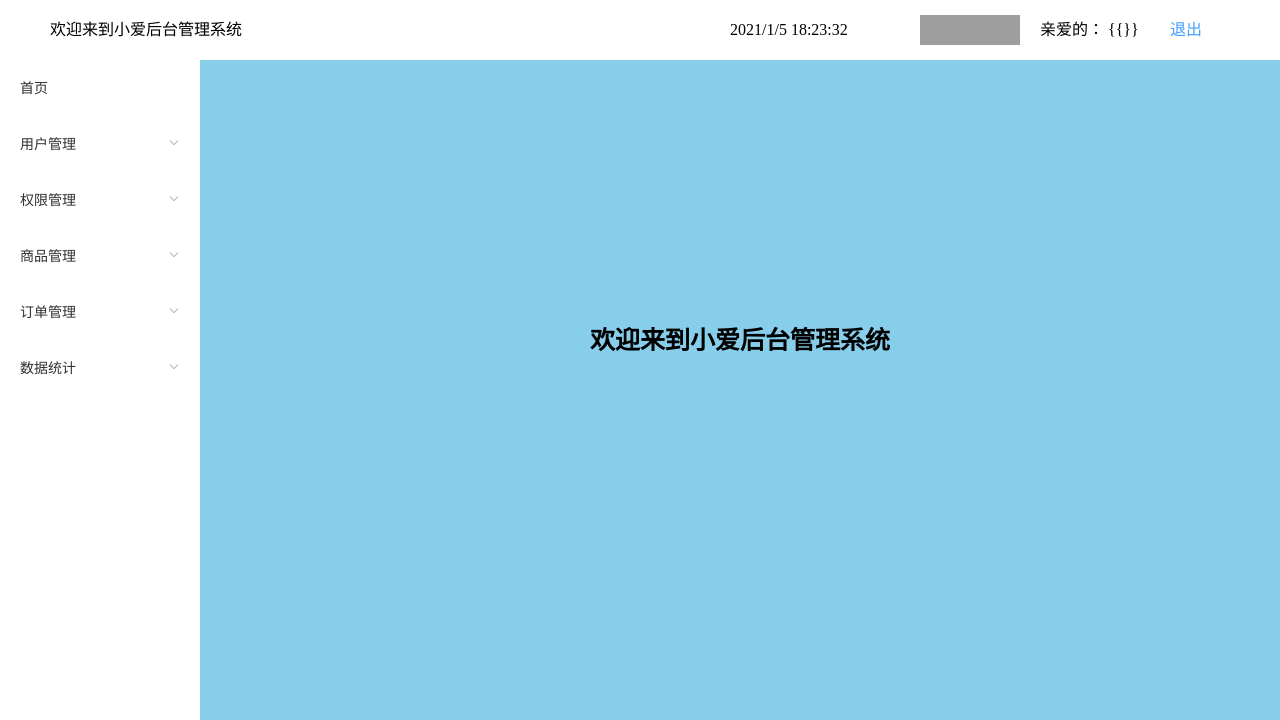
Repository: heyegang/vuex
Page: /
These files come from the project's save history. The page is drawn as it stood at one moment and after the next save; the edit follows.
The browser window is 1280 px wide. The pictures show the whole page.
Pictures or frames that could not be fetched are drawn as grey boxes. The project was rebuilt for these pictures with package versions that can differ from the ones it lists, and the page was loaded fresh each time. Also part of the build but not shown: vue.config.js.

Above is the page before, as saved 2021-01-06 15:17:17.

### src/main.js
import Vue from "vue";
import App from "./App.vue";
import router from "./router";
import store from "./store";
import ElementUI from "element-ui";
import "element-ui/lib/theme-chalk/index.css"

Vue.use(ElementUI)
Vue.config.productionTip = false;

new Vue({
  router,
  store,
  render: h => h(App)
}).$mount("#app");

### src/App.vue
<template>
  <div id="app">
    <router-view />
  </div>
</template>

<style lang="scss">
*{
  margin: 0;
  padding: 0;
}
html,body,#app{
  height: 100%;
}
</style>

### src/router/index.js
import Vue from "vue";
import VueRouter from "vue-router";
import Home from "../views/Home.vue";
import Layout from "../views/layout/Layout.vue";

Vue.use(VueRouter);

const routes = [{
   path:"",
  component:Layout,
  children:[{
    path: "/",
    name: "Home",
    component: Home
  },

  ]},
  {
    path: "/login",
    name: "login",
    component: () => import('../views/login/Login.vue')
  },
];

const router = new VueRouter({
  mode: "history",
  base: process.env.BASE_URL,
  routes
});

export default router;

### src/store/index.js
import Vue from "vue";
import Vuex from "vuex";
import user from "./user"

Vue.use(Vuex);

export default new Vuex.Store({
  state: {
    // 存放数据
  },
  mutations: {
    // 同步修改state
  },
  actions: {},
  modules: {
    // 代表模块
    user
  }
});

### src/views/Home.vue
<template>
  <div>
    <div class="hello">
      欢迎来到小爱后台管理系统
    </div>
  </div>
</template>

<script>
export default {
  name: '',
  props:{},
  data () {
    return {
    }
  },
  components: {},
  methods: {},
  mounted() {},
  computed: {},
  watch: {}
}
</script>

<style lang='scss' scoped>
.hello{
  width: 300px;
  font-size: 25px;
  font-weight: bold;
  margin: 0 auto;
  position: relative;
  top: 240px;
}
</style>

### src/views/layout/Layout.vue
<template>
    <div>
        <el-container>
        <el-header>
            <nav-header></nav-header>
        </el-header>
        <el-container>
            <el-aside width="200px">
                <nav-sidebar></nav-sidebar>
            </el-aside>
            <el-main>
                <router-view></router-view>
            </el-main>
        </el-container>
        </el-container>
    </div>
</template>

<script>
import NavHeader from "../../components/navheader/NavHeader"
import NavSidebar from "../../components/navsidebar/NavSidebar"
export default {
  name: '',
  props:{},
  data () {
    return {
    }
  },
  components: {
      NavHeader,
      NavSidebar,
  },
  methods: {},
  mounted() {},
  computed: {},
  watch: {}
}
</script>

<style lang='scss' scoped>
  .el-header, .el-footer {
    line-height: 60px;
  }

  .el-aside {
    position: fixed;
    top: 60px;
    bottom: 0;
    background-color: gray;
  }

  .el-main {
    position: fixed;
    bottom: 0;
    right: 0;
    top: 60px;
    left: 200px;
    background-color: skyblue;


  }

  body > .el-container {
    margin-bottom: 40px;
  }

  .el-container:nth-child(5) .el-aside,
  .el-container:nth-child(6) .el-aside {
    line-height: 260px;
  }

  .el-container:nth-child(7) .el-aside {
    line-height: 320px;
  }
</style>

### src/store/user.js
import { Message } from "element-ui";
import api from '../http/api';
import router from '../router'

export default {
    namespaced:true,
    // 开启命名空间

    state: {
        // 存放数据
        users:[]
      },
      mutations: {
        // 同步修改state
        setUsers(state,data){
            state.user = data
        }
      },
      actions: {
        //   发请求
        // 所有的方法
        // 登录 每一个action的方法都有两个参数 第一个是store 第二个是请求的参数
        // store可以解构为commit dispatch(提交另外一个action)
        async login(_,params){
            let res = await api.login(params)
            if(res.meta.status === 200){
                // 请求成功 存用户 跳转路由 提示用户
                localStorage.setItem('user', JSON.stringify(res.data))
                localStorage.setItem('token', res.data.token)
                Message.success('登录成功')
                router.push('/')
            } else {
                Message.error(res.meta.msg)
            }
        },
        async getUsers({commit},params){
            let res = await api.getUsers(params)
            if(res.meta.status === 200) {
                commit('setUsers',res.data)
            }else {
                Message.error(res.meta.msg)
            }
        }
      },
}

### src/components/navheader/NavHeader.vue
<template>
  <div class="top">
      <div style="margin-left:30px;">
          欢迎来到小爱后台管理系统
      </div>
      <div class="box">
          {{times}}
      </div>
      <div class="weather">
          <div class="weather"><iframe scrolling="no" src="https://tianqiapi.com/api.php?style=yd&skin=pitaya" frameborder="0" width="100%" height="30" allowtransparency="true"></iframe></div>
    <!--获取天气-->
      </div>
      <div class="hello">
          亲爱的： {{}}
      </div>
      <div class="esc">
          退出
      </div>
  </div>
</template>

<script>
export default {
  name: '',
  props:{},
  data () {
    return {
      times:'',//格式化之后的当前时间
      currentTime: new Date() //当前时间
    }
  },
  components: {},
  methods: {
    getTimes(){
      setInterval(this.getTimesInterval, 1000);
    },
    getTimesInterval:function() {
      let _this = this;
      let year = new Date().getFullYear(); //获取当前时间的年份
      let month = new Date().getMonth() + 1; //获取当前时间的月份
      let day = new Date().getDate(); //获取当前时间的天数
      let hours = new Date().getHours(); //获取当前时间的小时
      let minutes = new Date().getMinutes(); //获取当前时间的分数
      let seconds = new Date().getSeconds(); //获取当前时间的秒数
      let hello = "";
      //当小于 10 的是时候，在前面加 0
      if (hours < 10) {
        hours = "0" + hours;
      }
      if (minutes < 10) {
        minutes = "0" + minutes;
      }
      if (seconds < 10) {
        seconds = "0" + seconds;
      }
      //一天中的时间
      if (hours > 6 && hours <13){
          hello = "上午";
      }
      if (hours > 13 && hours <18){
          hello = "下午";
      }
      if (hours > 18 && hours <24){
          hello = "晚上";
      }
      if (hours >0 && hours < 6){
          hello = "凌晨";
      }
      //拼接格式化当前时间
      _this.times = year + "/" + month + "/" + day + " " +hello+ hours + ":" + minutes + ":" + seconds;
    },
  },
  mounted() {
    this.getTimes()
  },
  computed: {},
  watch: {},
}
</script>

<style lang='scss' scoped>
.top{
    display: flex;
    position: relative;
    line-height: 60px;
}
.box{
    width: 180px;
    position: absolute;
    right: 350px;
    color: black;
}
.weather{
    width: 100px;
    position: absolute;
    right: 120px;
    top: 5px;
}
.hello{
    width: 100px;
    position: absolute;
    right: 120px;
}
.esc{
    width: 60px;
    position: absolute;
    right: 30px;
    color: #409EFF;
}
</style>

### src/components/navsidebar/NavSidebar.vue
<template>
  <div>
   <el-row class="tac" style="width: 200px;">
  <el-col :span="12">
    <el-menu
      default-active="2"
      class="el-menu-vertical-demo"
      @open="handleOpen"
      @close="handleClose">
      <el-menu-item index="1">

        <span slot="title">首页</span>
      </el-menu-item>
      <el-submenu index="2">
        <template slot="title">

          <span>用户管理</span>
        </template>
        <el-menu-item-group>
          <el-menu-item index="2-1">用户列表</el-menu-item>
        </el-menu-item-group>
      </el-submenu>

      <el-submenu index="3">
        <template slot="title">

          <span>权限管理</span>
        </template>
        <el-menu-item-group>
          <el-menu-item index="3-1">角色列表</el-menu-item>
          <el-menu-item index="3-2">权限列表</el-menu-item>
        </el-menu-item-group>
      </el-submenu>

      <el-submenu index="4">
        <template slot="title">

          <span>商品管理</span>
        </template>
        <el-menu-item-group>
          <el-menu-item index="4-1">商品列表</el-menu-item>
          <el-menu-item index="4-2">分类参数</el-menu-item>
          <el-menu-item index="4-3">商品分类</el-menu-item>
        </el-menu-item-group>
      </el-submenu>

      <el-submenu index="5">
        <template slot="title">

          <span>订单管理</span>
        </template>
        <el-menu-item-group>
          <el-menu-item index="5-1">订单列表</el-menu-item>
        </el-menu-item-group>
      </el-submenu>

      <el-submenu index="6">
        <template slot="title">

          <span>数据统计</span>
        </template>
        <el-menu-item-group>
          <el-menu-item index="6-1">数据报表</el-menu-item>
        </el-menu-item-group>
      </el-submenu>
    </el-menu>
  </el-col>
  </el-row>
  </div>
</template>

<script>
export default {
  name: '',
  props:{},
  data () {
    return {

    }
  },
  components: {},
  methods: {
       handleOpen(key, keyPath) {
        console.log(key, keyPath);
      },
      handleClose(key, keyPath) {
        console.log(key, keyPath);
      }
  },
  mounted() {},
  computed: {},
  watch: {}
}
</script>

<style lang='scss' scoped>
// .tac{
//     width: 200px;
// }
.el-menu-vertical-demo{
    width: 200px;
    position: fixed;
    left: 0;
    bottom: 0;
    top: 60px;

}
</style>

### src/http/api.js
import http from './index'

export default{
     login({username,password}){
        return http.post('/login',{
            username,
            password
        })
     },
     getUsers({pagenum,pagesize,query}){
         if(query){
             return http.get(`/users?pagenum=${pagenum}&pagesize=${pagesize}&query=${query}`)
         } else {
             return http.get(`/users?pagenum=${pagenum}&pagesize=${pagesize}`)
         }

     },
}

### src/http/index.js
import axios from 'axios'
import nprogress from 'nprogress'
import 'nprogress/nprogress.css'
import {Message} from 'element-ui'

// 需要区分当前环境是开发环境(development)还是生产环境(production)
let isPro = process.env.NODE_ENV === 'productin'

const http = axios.create({
    baseURL: isPro ? '线上接口路径':'/api',
    timeout:10000
})

// 请求拦截
http.interceptors.request.use(config =>{
    nprogress.start()
    // 配置token token是鉴权的一种方式
    // 在登陆成功后 会返回当前用户的token 存在本地
    // 可用（百度：js加密插件）加密插件加密token
    let token = localStorage.getItem('token')
    // 账号密码和token分开存
    if(token){
        config.headers.Authorization = token
    }
    return config
},err =>{
    nprogress.done()
    return Promise.reject(err)
})

// 响应拦截
http.interceptors.response.use(res => {
    nprogress.done()
    return res.data
},err => {

    // 请求失败
    let status = err.response && err.response.status
    // 状态码
    if (status === 400) {
        Message.error('参数错误')
    }
    if (status === 401) {
        Message.error('没有权限')
    }
    if (status === 403) {
        Message.error('登录过期')
    }
    if (status === 404) {
        Message.error('路径错误')
    }
    if (status === 500) {
        Message.error('服务器错误')
    }
    if (status === 403) {
        Message.error('服务器在维护')
    }
    return Promise.reject(err)
})


export default http

Loaded but not shown: public/index.html (common file)

After the next save:
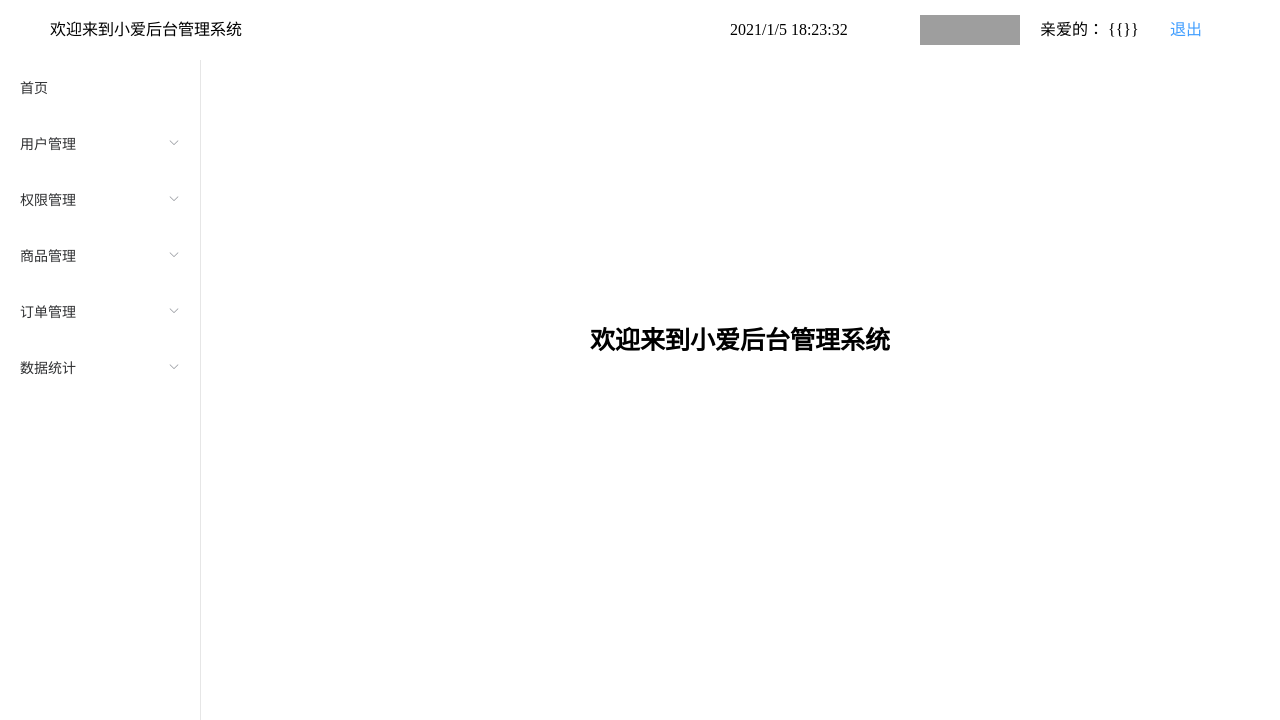
Saved 10 s later.
--- a/src/views/layout/Layout.vue
+++ b/src/views/layout/Layout.vue
@@ -55,7 +55,6 @@ export default {
     right: 0;
     top: 60px;
     left: 200px;
-    background-color: skyblue;
 
 
   }
